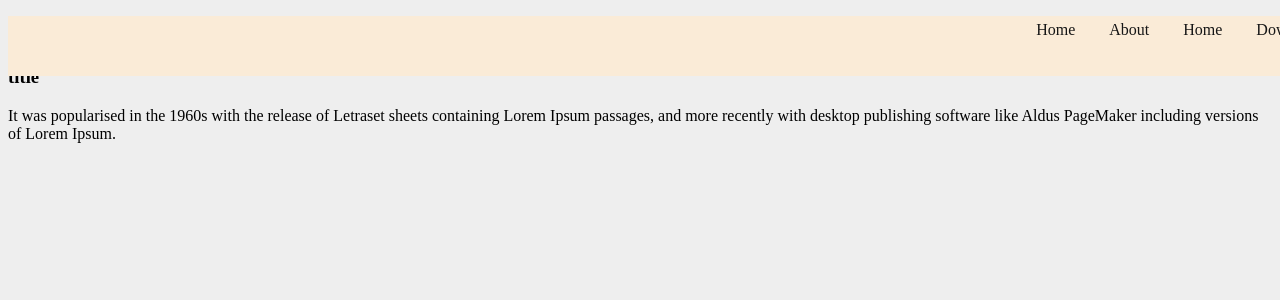
Repository: RafalSiuta/notiweb
Page: policy.html
These files come from the project's save history. The page is drawn as it stood at one moment and after the next save; the edit follows.
The browser window is 1280 px wide. The pictures show the whole page.

Above is the page before, as saved 2024-12-14 21:08:03.

After the next save:
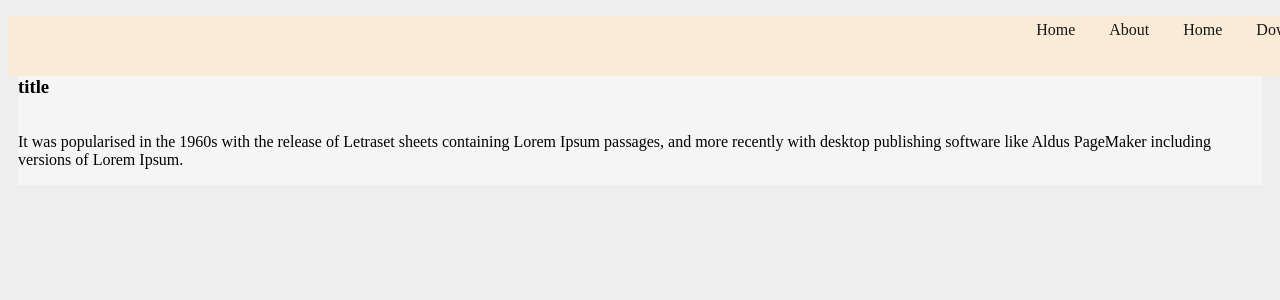
Saved 3 min 20 s later.
--- a/styles/styles.css
+++ b/styles/styles.css
@@ -67,6 +67,10 @@
     color: #161616;
     padding: 5px;
 }
-.item{
-
+.item {
+    display: flex;
+    flex-direction: column;
+    text-align: left;
+    margin: 10px;
+    background-color: #f5f5f5;
 }
